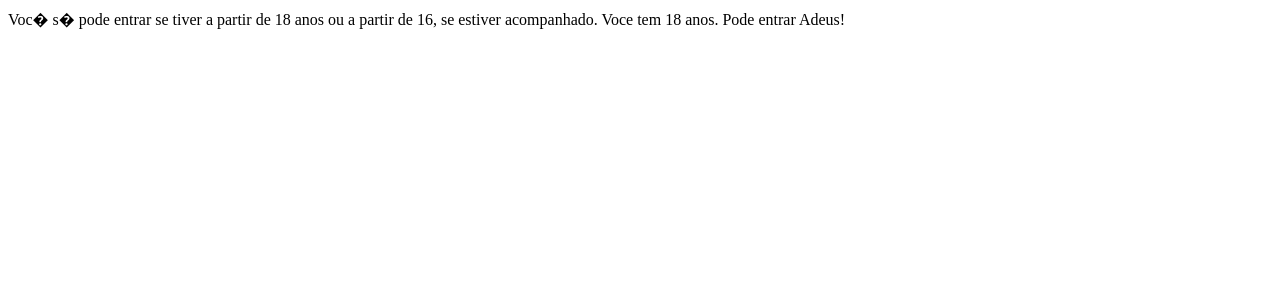
Repository: jpaulopd/PHP
Page: http://localhost/decisoes.php
These files come from the project's save history. The page is drawn as it stood at one moment and after the next save; the edit follows.
The browser window is 1280 px wide. The pictures show the whole page.
The page is run by PHP 8.4 with error messages shown; the project is at /var/www/html/.

Above is the page before, as saved 2019-05-22 13:22:02.

### eclipsePhp-workspace/php-primeiros-passos/decisoes.php
<?php

$idade = 18;
$numPessoas = 1;

echo "Você só pode entrar se tiver a partir de 18 anos ou ";
echo "a partir de 16, se estiver acompanhado." . PHP_EOL;

if ($idade >= 18) {
    echo "Voce tem $idade anos. Pode entrar";
} else {
    if($idade >= 16 && $numPessoas > 1){
        echo "Você tem $idade anos, está acompanhado(a), então pode entrar." . PHP_EOL;
    } else {
        echo "Você só tem $idade anos. Você não pode entrar.";
    }

}

echo PHP_EOL;

echo "Adeus!";

After the next save:
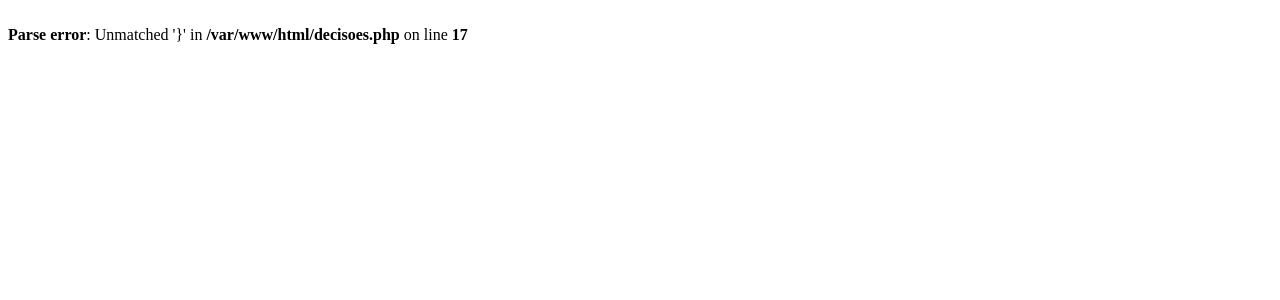
Saved 2 min 8 s later.
--- a/eclipsePhp-workspace/php-primeiros-passos/decisoes.php
+++ b/eclipsePhp-workspace/php-primeiros-passos/decisoes.php
@@ -8,9 +8,8 @@
 
 if ($idade >= 18) {
     echo "Voce tem $idade anos. Pode entrar";
-} else {
-    if($idade >= 16 && $numPessoas > 1){
-        echo "Você tem $idade anos, está acompanhado(a), então pode entrar." . PHP_EOL;
+} elseif ($idade >= 16 && $numPessoas > 1){
+    echo "Você tem $idade anos, está acompanhado(a), então pode entrar." . PHP_EOL;
     } else {
         echo "Você só tem $idade anos. Você não pode entrar.";
     }

After the save that followed:
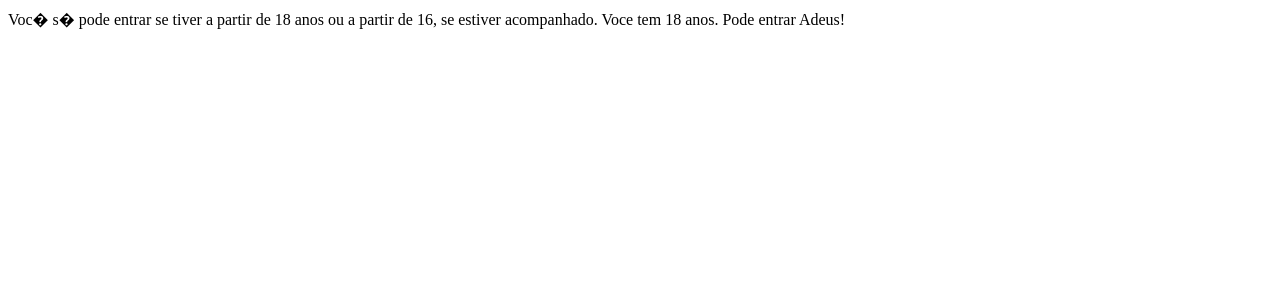
Saved 5 s later.
--- a/eclipsePhp-workspace/php-primeiros-passos/decisoes.php
+++ b/eclipsePhp-workspace/php-primeiros-passos/decisoes.php
@@ -14,7 +14,7 @@
         echo "Você só tem $idade anos. Você não pode entrar.";
     }
 
-}
+
 
 echo PHP_EOL;
 
